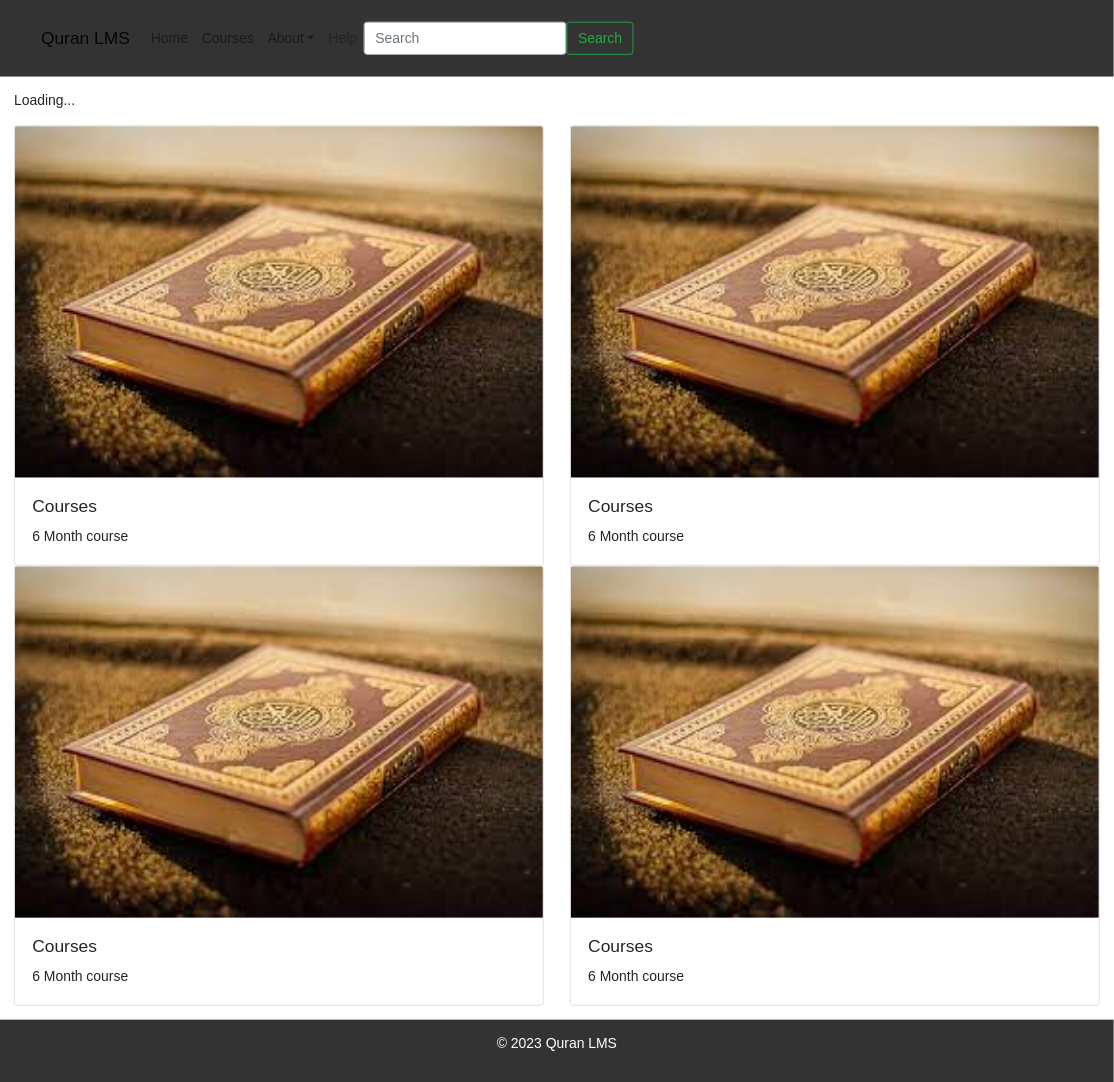
Repository: talha-mahmood/Quran-Lms-react
Page: /
An editor plug-in stored every save of this project. The page is shown before and after the next save, followed by the edit.
The browser window is 1280 px wide. The pictures show the whole page, at 87% of full size.
The page's requests for data from a server got no answer. The project was rebuilt for these pictures with package versions that can differ from the ones it lists, and the page was loaded fresh each time. No one was signed in, and anything a server would have sent is missing.

Above is the page before, as saved 2023-03-08 01:44:25.

After the next save:
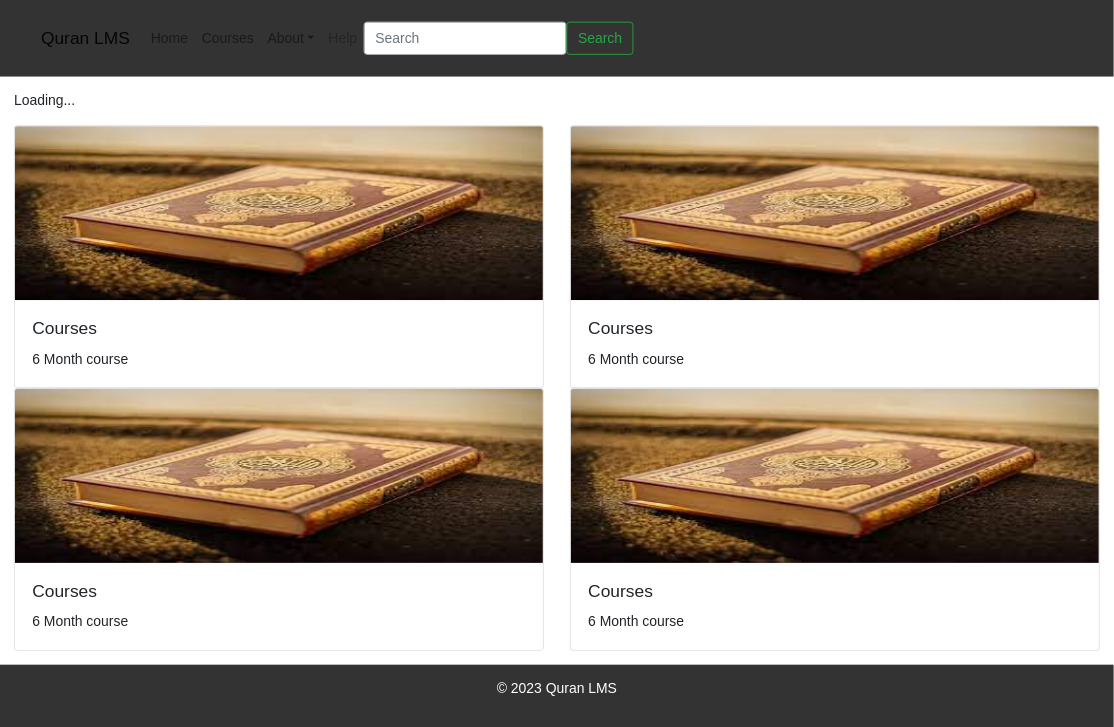
Saved 9 min 28 s later.
--- a/src/App.css
+++ b/src/App.css
@@ -23,3 +23,7 @@ footer {
   padding: 1em;
   text-align: center;
 }
+img{
+  height:200px;
+  width:200px;
+}
